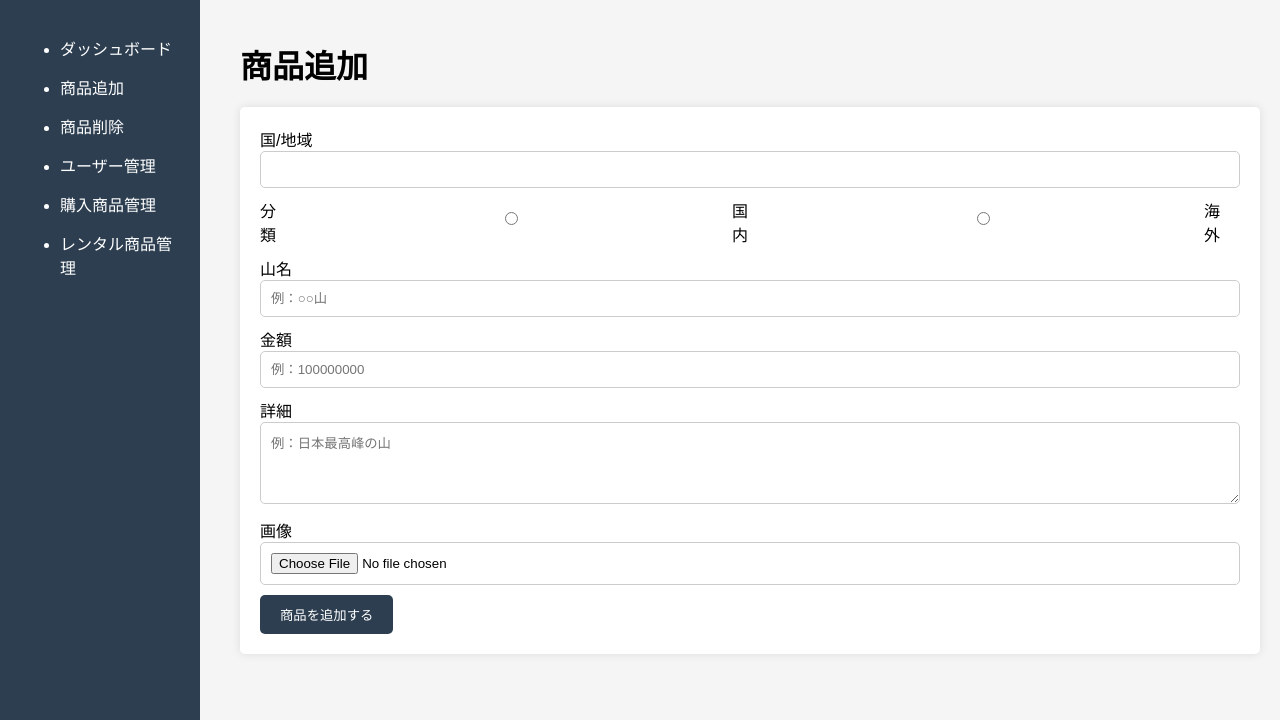
Repository: magome112/Oasis2024920
Page: http://localhost/_12_kanri.shohin.php
An editor plug-in stored every save of this project. The page is shown before and after the next save, followed by the edit.
The browser window is 1280 px wide. The pictures show the whole page.
The page is run by PHP 8.4 with error messages shown; the project is at /var/www/html/.

Above is the page before, as saved 2024-12-06 12:15:00.

After the next save:
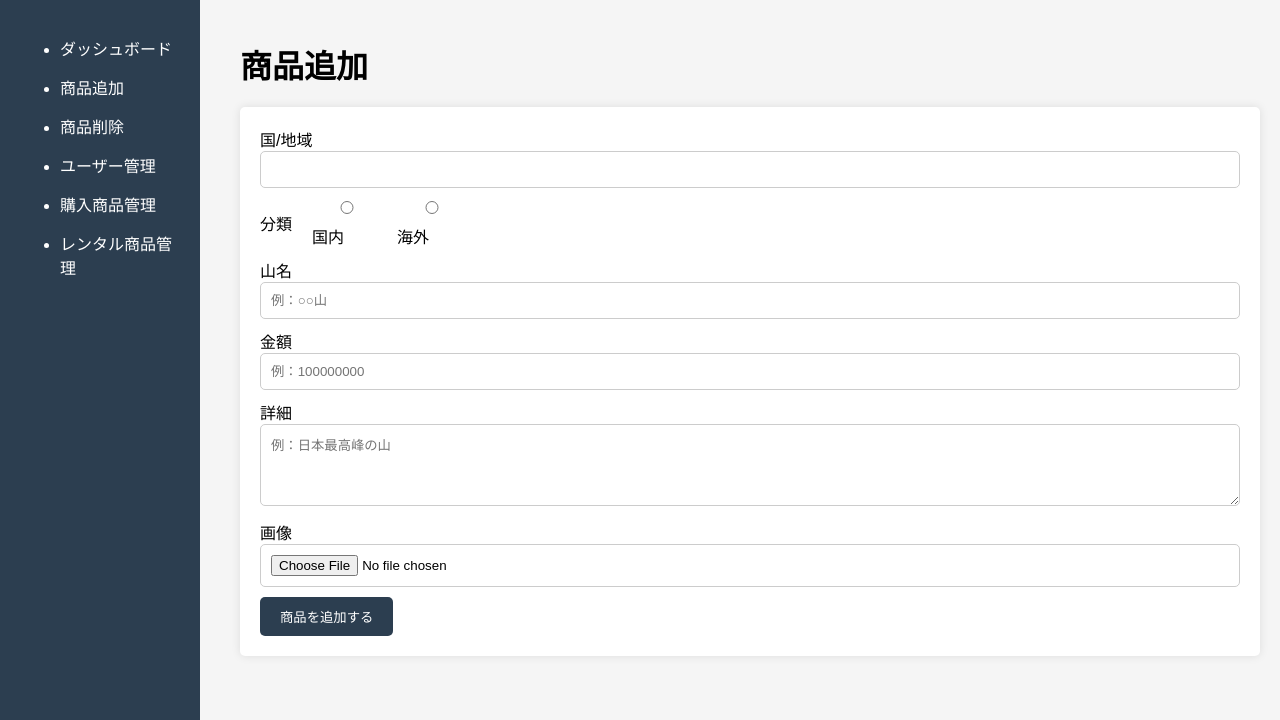
Saved 11 s later.
--- a/_12_kanri.shohin.php
+++ b/_12_kanri.shohin.php
@@ -177,12 +177,10 @@ if ($_SERVER['REQUEST_METHOD'] === 'POST') {
         <input type="text" name="country_name" id="country_name" required>
 
         <div class="radio-group">
-            <label>分類</label>
-            <input type="radio" name="Region" value="0" id="domestic" required>
-            <label for="domestic">国内</label>
-            <input type="radio" name="Region" value="1" id="overseas">
-            <label for="overseas">海外</label>
-        </div>
+    <label>分類</label>
+    <span><input type="radio" name="Region" value="0" id="domestic" required><label for="domestic">国内</label></span>
+    <span><input type="radio" name="Region" value="1" id="overseas"><label for="overseas">海外</label></span>
+</div>
 
 
         <label for="yama_name">山名</label>
